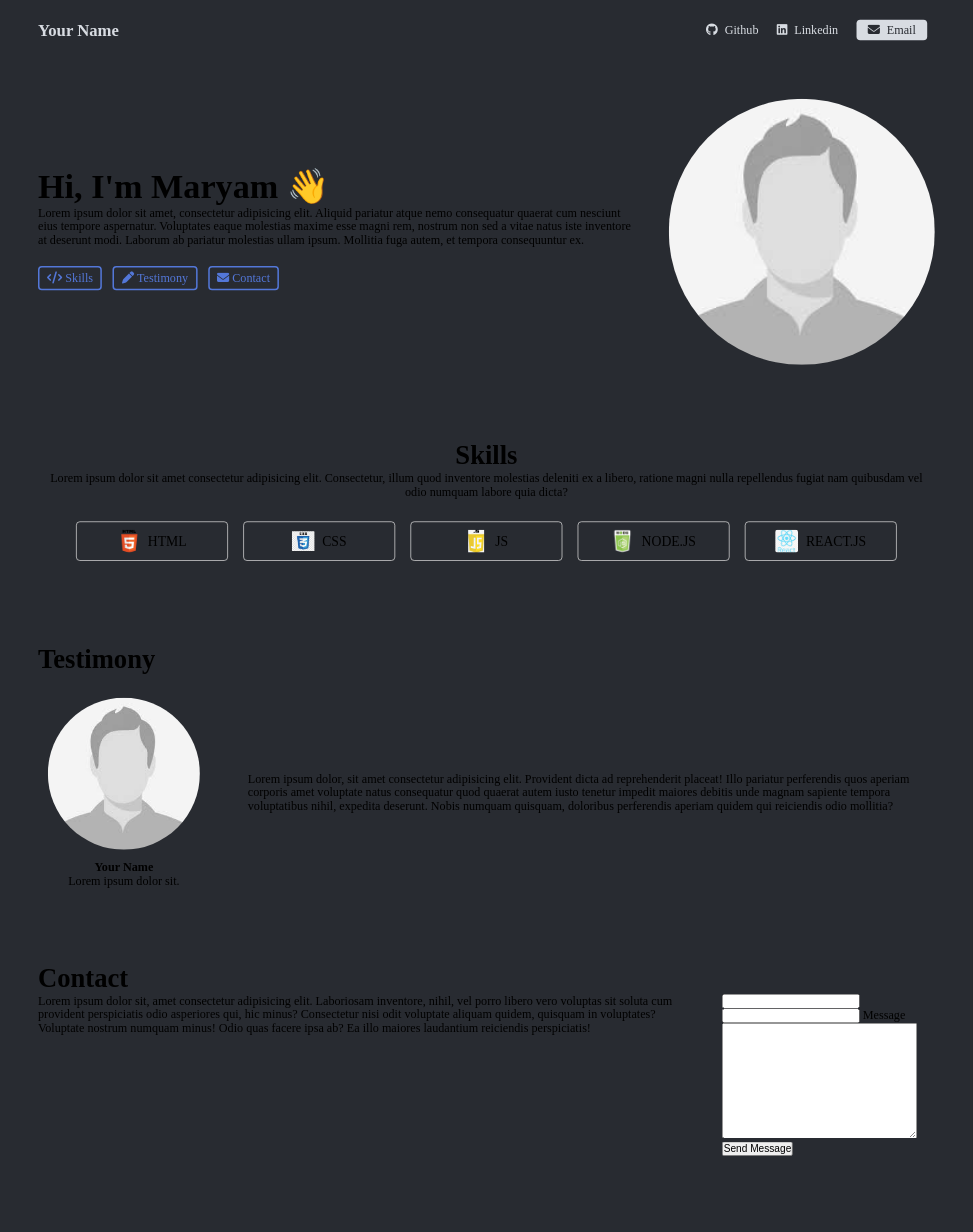
Repository: MaramMaryam/my-portfolio-test
Page: index.html
These files come from the project's save history. The page is drawn as it stood at one moment and after a run of saves; the edit follows.
The browser window is 1280 px wide. The pictures show the whole page, at 76% of full size.
Some web libraries are served in a nearby version.

Above is the page before, as saved 2024-09-20 19:29:24.

After the next 2 saves:
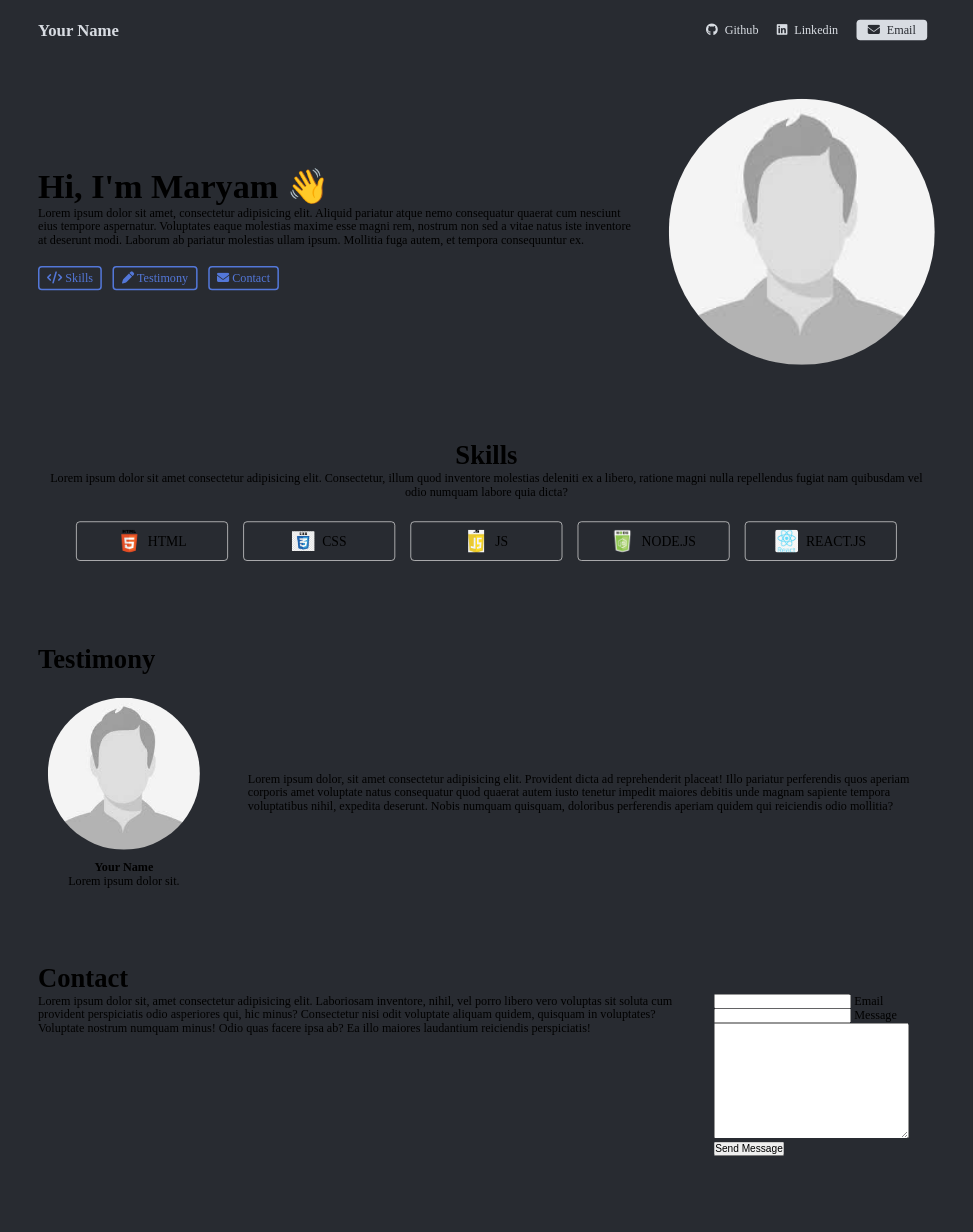
The 2 saves are shown as one change because they came seconds apart.
The last was saved 59 s later.
--- a/index.html
+++ b/index.html
@@ -142,7 +142,7 @@
                     <label for="name"></label>
                     <input type="text" id="name">
 
-                    <label for="email"></label>
+                    <label for="email">Email</label>
                     <input type="email" id="email">
 
                     <label for="message">Message</label>
